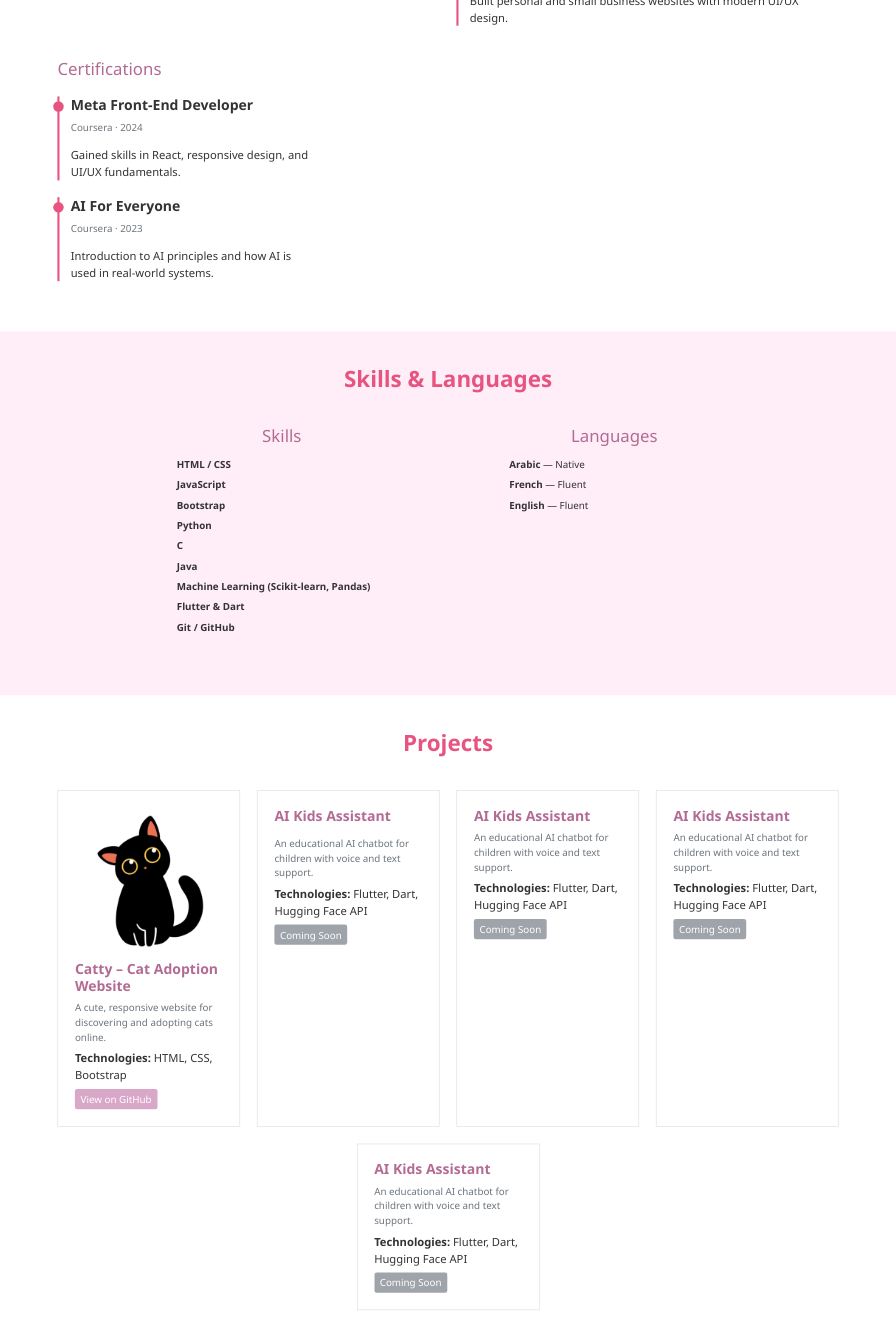
Repository: rihebtlh/portfolio
Page: new.html
These files come from the project's save history. The page is drawn as it stood at one moment and after the next save; the edit follows.
The browser window is 1280 px wide. The pictures show the part of the page from y = 1644 to 3564 px (the page is 3564 px tall), at 70% of full size.

Above is the page before, as saved 2025-07-02 16:05:44.

After the next save:
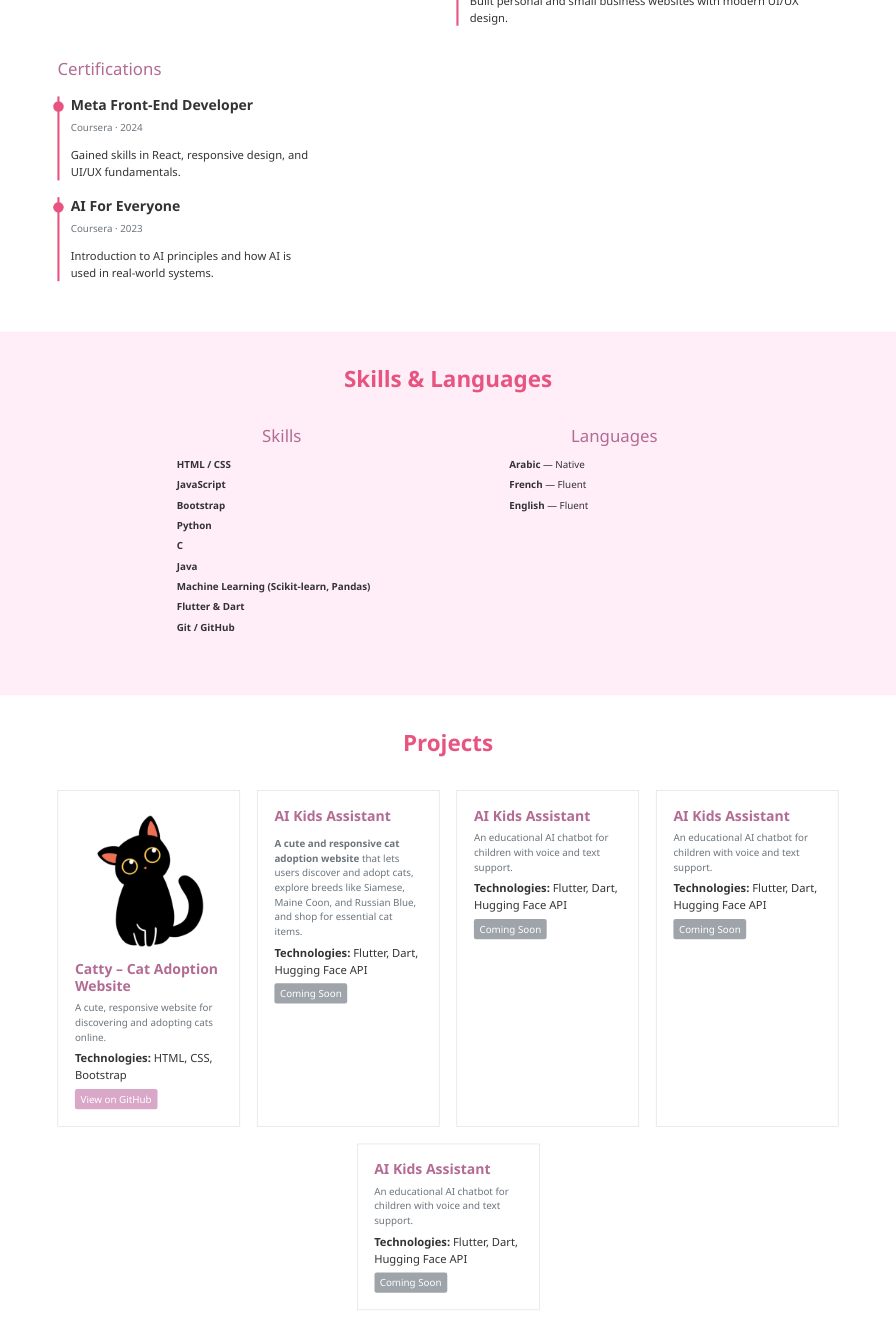
Saved 6 s later.
--- a/new.html
+++ b/new.html
@@ -281,7 +281,7 @@
             <div class="p-4 border rounded-4 h-100" style="border-color: #ffd6e8;">
               <h5 class="fw-bold" style="color: #b36b94;">AI Kids Assistant</h5>
               <p>
-              <p class="text-muted small mb-2">An educational AI chatbot for children with voice and text support.</p>
+              <p class="text-muted small mb-2"><strong>A cute and responsive cat adoption website</strong> that lets users discover and adopt cats, explore breeds like Siamese, Maine Coon, and Russian Blue, and shop for essential cat items.</p>
               <p class="mb-2"><strong>Technologies:</strong> Flutter, Dart, Hugging Face API</p>
               <a href="#" target="_blank" class="btn btn-sm btn-secondary disabled">Coming Soon</a>
             </div>
